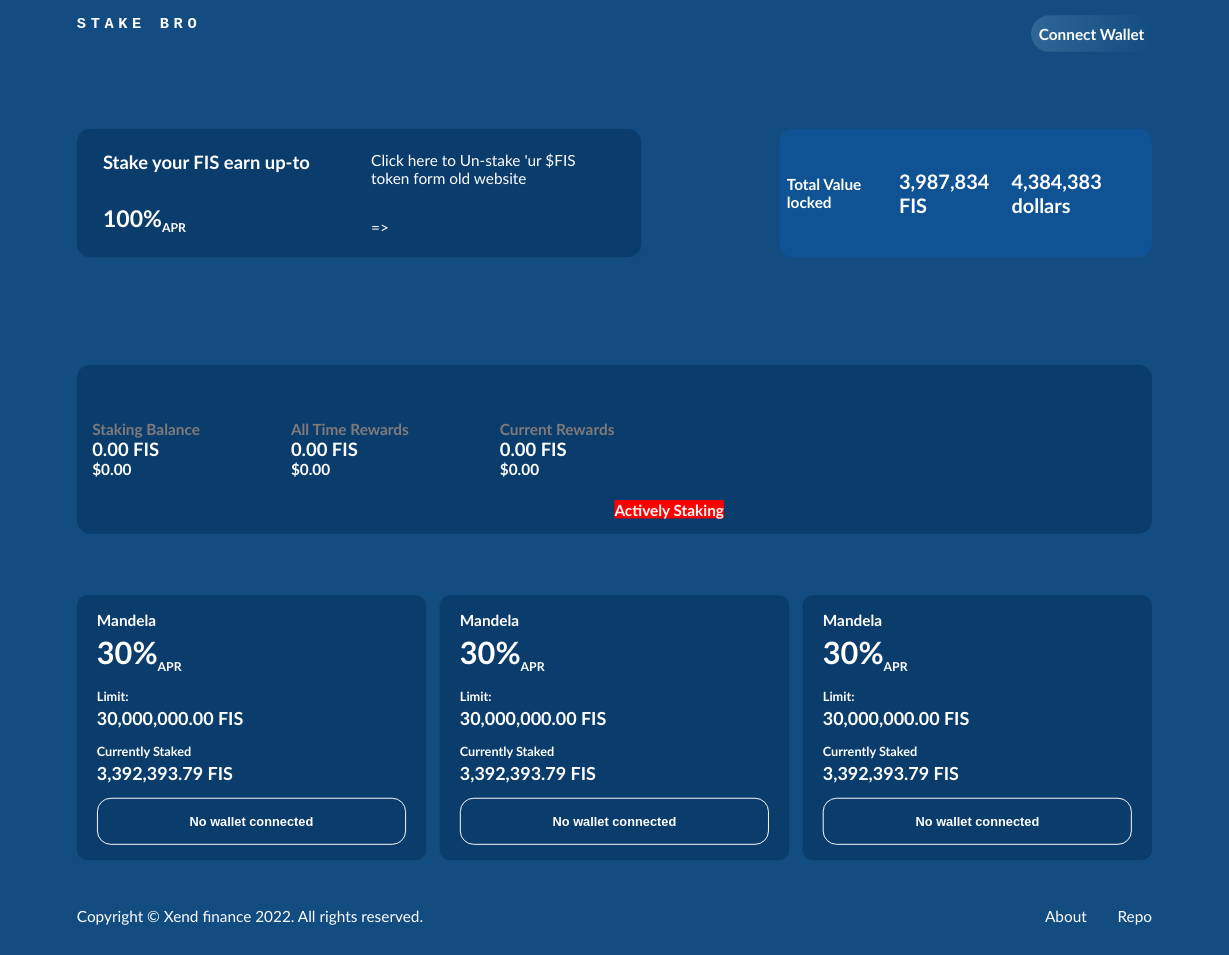
Repository: NorVirae/Stake
Page: /
An editor plug-in stored every save of this project. The page is shown before and after the next save, followed by the edit.
The browser window is 1280 px wide. The pictures show the whole page, at 96% of full size.
The project was rebuilt for these pictures with package versions that can differ from the ones it lists, and the page was loaded fresh each time.

Above is the page before, as saved 2022-04-18 02:38:30.

After the next save:
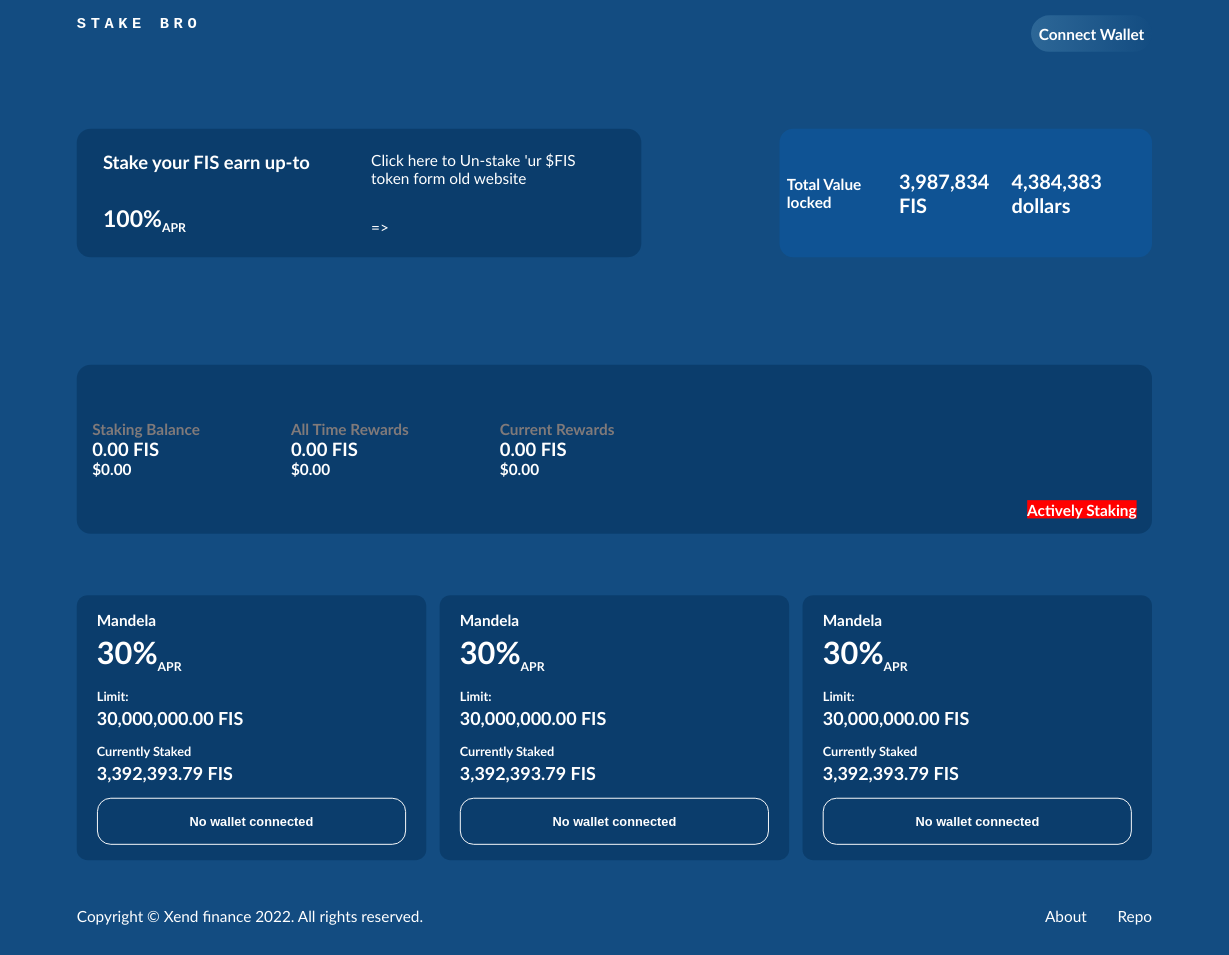
Saved 5 s later.
--- a/src/styles/app.css
+++ b/src/styles/app.css
@@ -173,7 +173,7 @@ main {
     width: 100%;
     height: 100%;
     display: flex;
-    justify-content: flex-start;
+    justify-content: flex-end;
     align-items: flex-end;
 }
 
